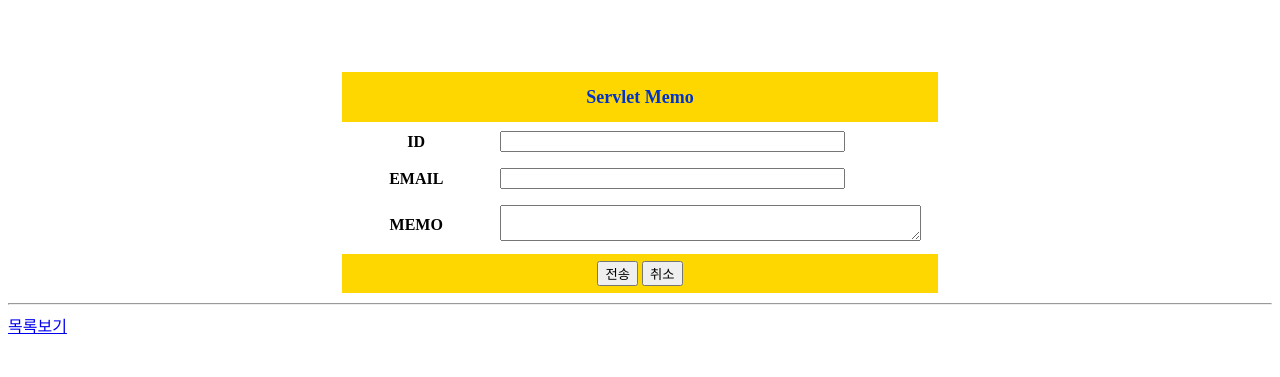
Repository: 71summernight/JavaScript_Jquery
Page: WebServlet_4_Memo_mvc/WebContent/memo.html
The author's editor kept a copy of each file at every save. The page is drawn from the files as they stood at one save, then again after the next save.
The browser window is 1280 px wide. The pictures show the whole page.

Above is the page before, as saved 2021-04-05 03:05:28.

After the next save:
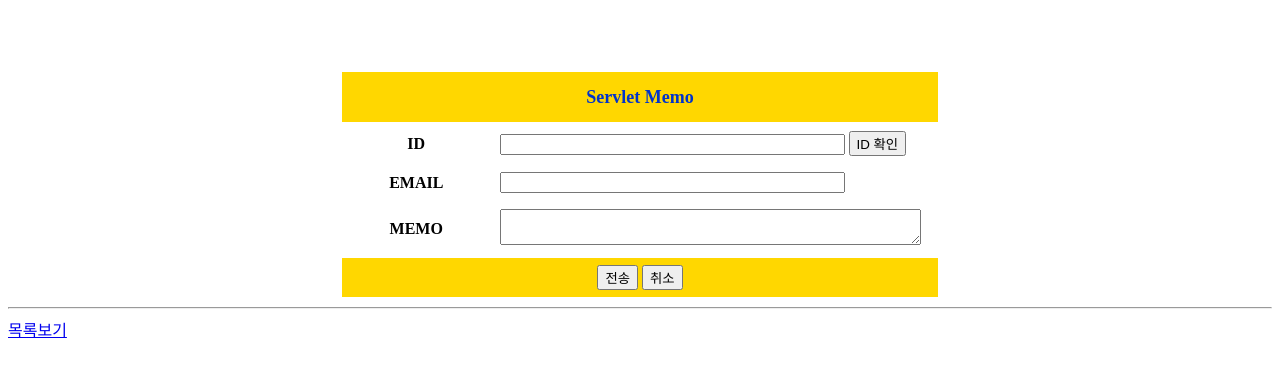
Saved 3 h 47 min later.
--- a/WebServlet_4_Memo_mvc/WebContent/memo.html
+++ b/WebServlet_4_Memo_mvc/WebContent/memo.html
@@ -24,7 +24,9 @@
                 <b>ID</b>
             </td>
             <td>
-                <input type="text" size="40" name="id" maxlength="10" >
+                <input type="text" size="40" name="id" maxlength="10" id="id" >
+                <input type="button" value="ID 확인" id="message">
+
             </td>
         </tr>
         <tr>
